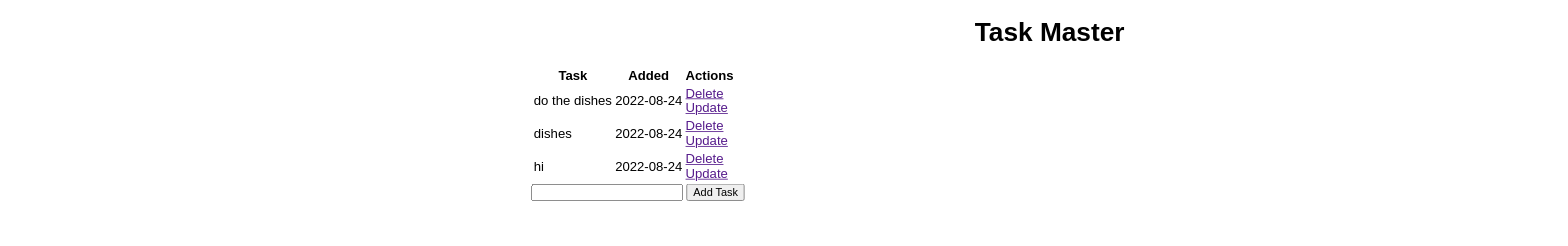
Repository: shaysnutss/FirstFlaskApp
Page: http://localhost/
An editor plug-in stored every save of this project. The page is shown before and after the next save, followed by the edit.
The browser window is 1280 px wide. The page is 1912 px wide, then 1592 px, so the pictures cover 1912 px, including what lies to the right of the window. The pictures show the whole page, at 82% of full size.
The page is served by the project's application, run on Flask 3 (app.py). The page reads the database file committed with the project.

Above is the page before, as saved 2022-08-25 01:57:24.

After the next save:
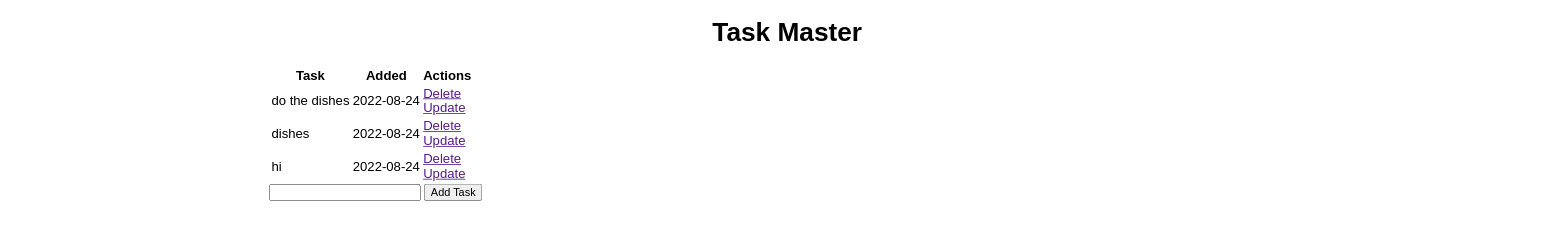
Saved 20 s later.
--- a/static/css/main.css
+++ b/static/css/main.css
@@ -1,5 +1,5 @@
 body {
     position: relative;
-    left:50%;
+    left:25%;
     font-family: sans-serif;
 }
